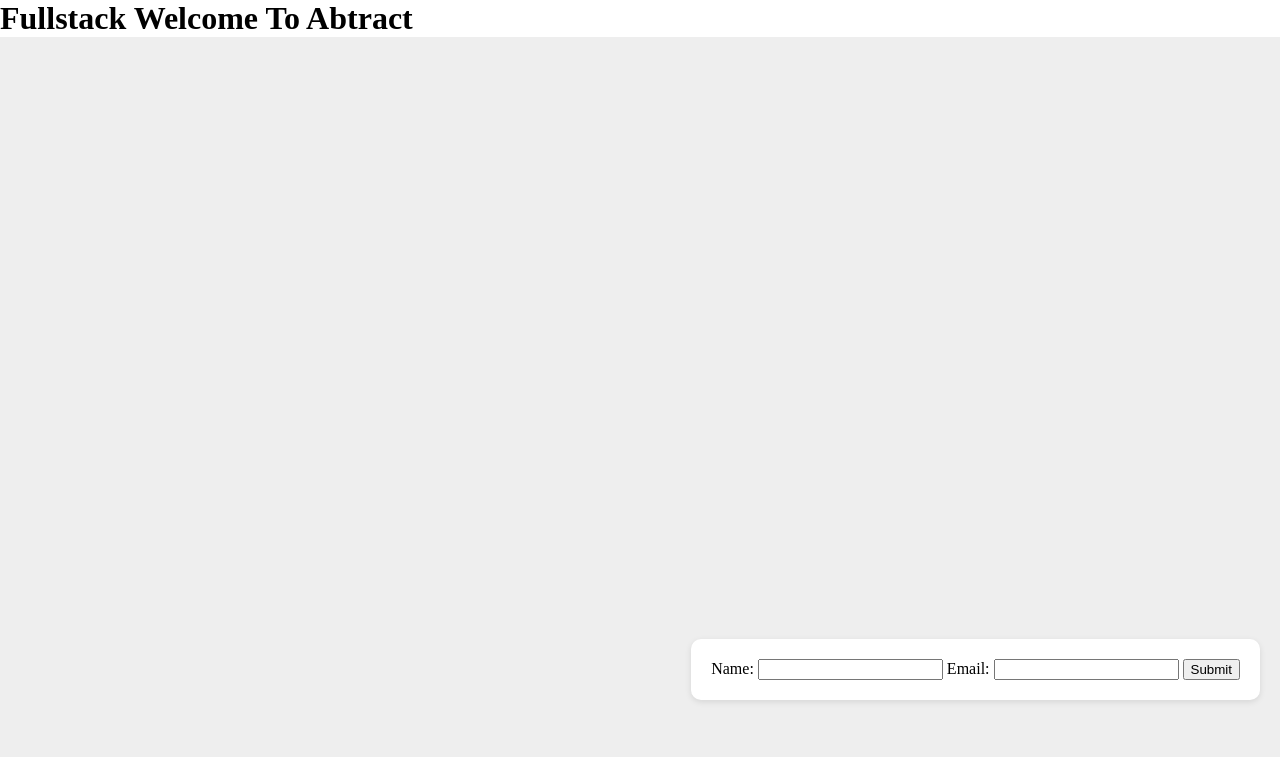
Repository: Melinda-Nanjad-Personal-Website/Personal-web
Page: picasso.html
An editor plug-in stored every save of this project. The page is shown before and after the next save, followed by the edit.
The browser window is 1280 px wide. The pictures show the whole page.

Above is the page before, as saved 2023-08-18 12:56:43.

After the next save:
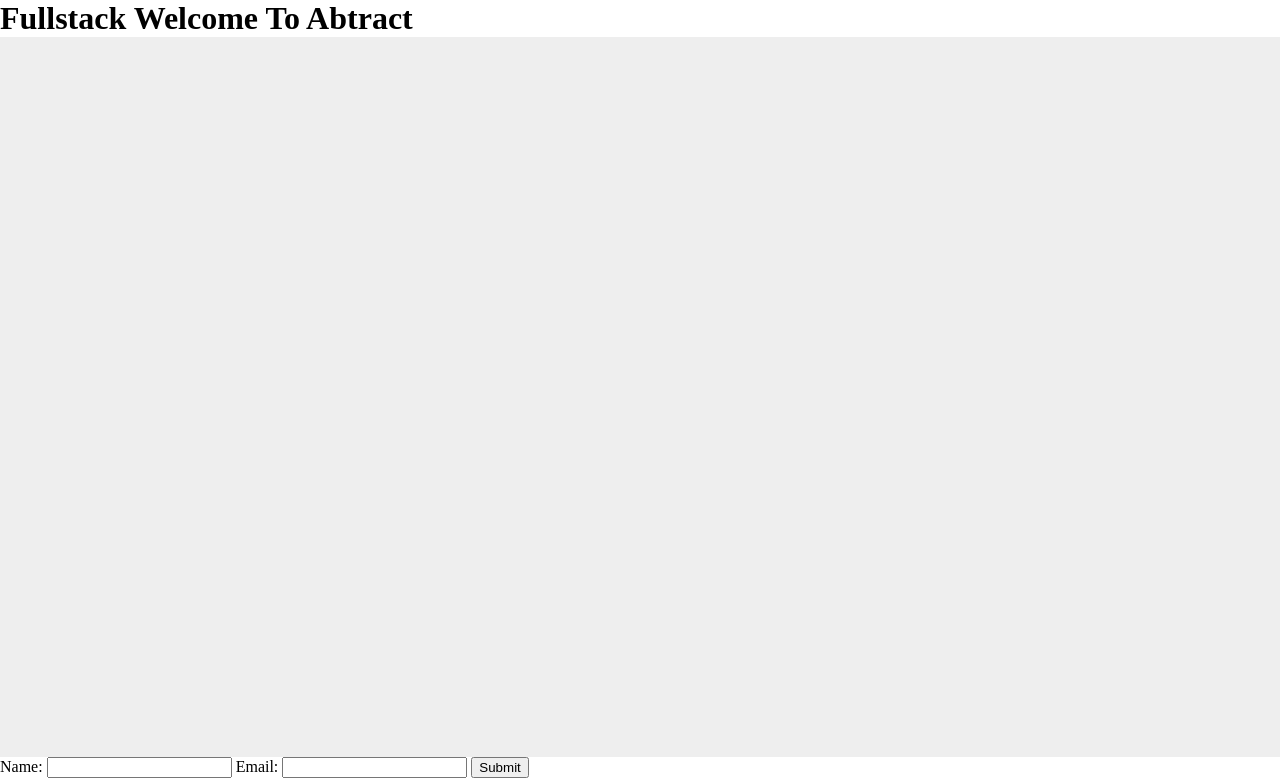
Saved 6 min 36 s later.
--- a/picasso.css
+++ b/picasso.css
@@ -16,12 +16,38 @@
   background-color: #f0f0f0;
 }
 
+.abstract-painting {
+    width: 300px;
+    height: 300px;
+     background: linear-gradient(45deg, #FF5733, #008CBA);
+      border-radius: 50%;
+      position: relative;
+      transform: rotate(45deg);
+      overflow: hidden;
+    }
+
+
+position: absolute;
+z-index: 5;
+Teal
+position: relative;
+z-index: 3;
+Hot Pink
+position: relative;
+z-index: 2;
+Fushia
+position: absolute;
+z-index: 1;
+Purple
+no positioning
+z-index: 8;
+
 /* Styling for the form */
 .interested-form {
   position: fixed;
   bottom: 20px;
   right: 20px;
-  background-color: white;
+  background-color: rgb(255, 255, 255);
   padding: 20px;
   border-radius: 10px;
   box-shadow: 0 2px 6px rgba(0, 0, 0, 0.1);

After the save that followed:
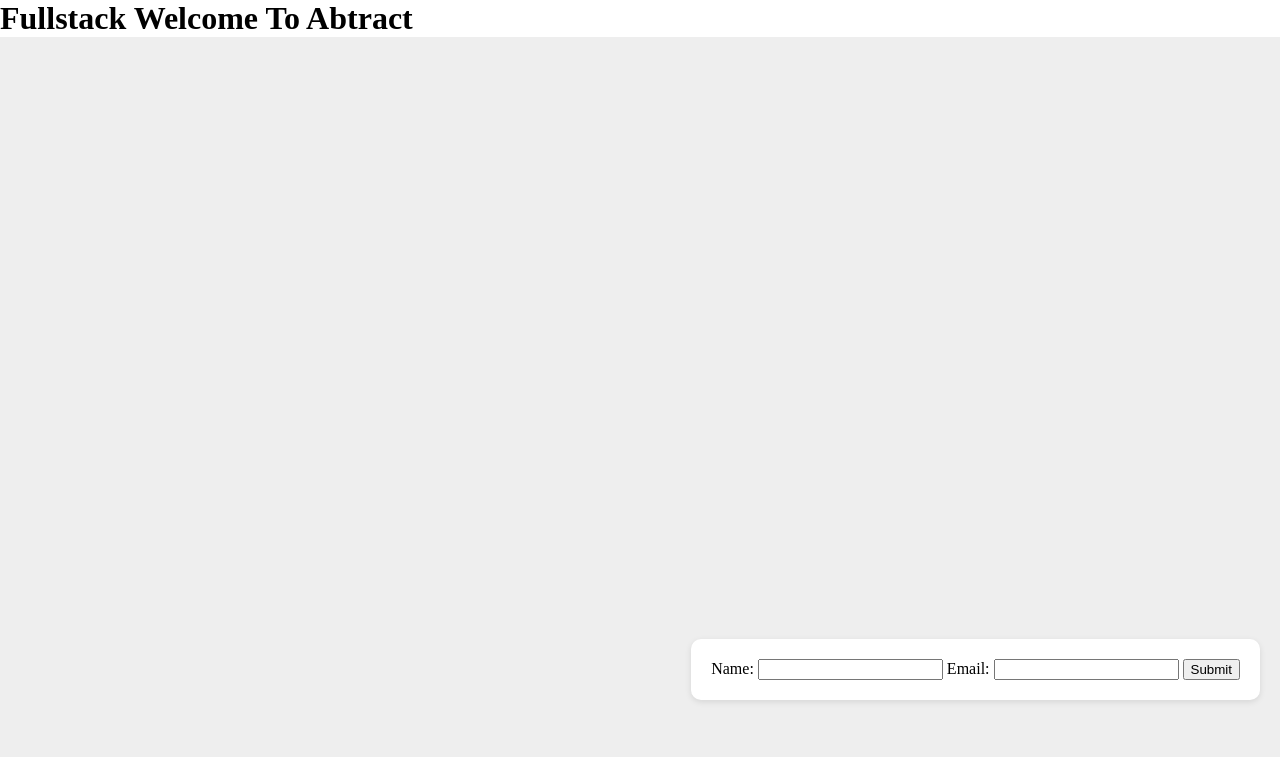
Saved 45 s later.
--- a/picasso.css
+++ b/picasso.css
@@ -17,30 +17,41 @@
 }
 
 .abstract-painting {
-    width: 300px;
-    height: 300px;
-     background: linear-gradient(45deg, #FF5733, #008CBA);
-      border-radius: 50%;
-      position: relative;
-      transform: rotate(45deg);
-      overflow: hidden;
-    }
+  width: 300px;
+  height: 300px;
+  background: linear-gradient(45deg, #ff5733, #008cba);
+  border-radius: 50%;
+  position: relative;
+  transform: rotate(45deg);
+  overflow: hidden;
+}
 
+.circle {
+  position: absolute;
+  width: 100px;
+  height: 100px;
+  background: linear-gradient(-45deg, #008cba, #ff5733);
+  border-radius: 50%;
+}
 
-position: absolute;
-z-index: 5;
-Teal
-position: relative;
-z-index: 3;
-Hot Pink
-position: relative;
-z-index: 2;
-Fushia
-position: absolute;
-z-index: 1;
-Purple
-no positioning
-z-index: 8;
+.circle-1 {
+  top: 30px;
+  left: 50px;
+}
+
+.circle-2 {
+  top: 120px;
+  right: 60px;
+  width: 150px;
+  height: 150px;
+}
+
+.circle-3 {
+  bottom: 30px;
+  left: 100px;
+  width: 80px;
+  height: 80px;
+}
 
 /* Styling for the form */
 .interested-form {
